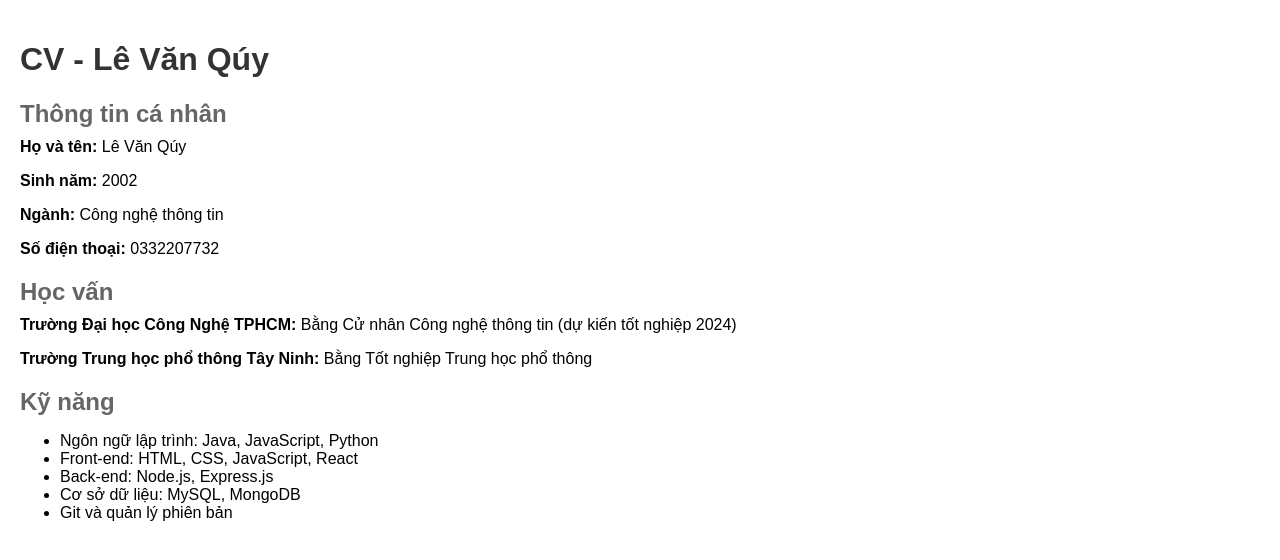
Repository: Quyed1/MonCongCu
Page: index.html
These files come from the project's save history. The page is drawn as it stood at one moment and after the next save; the edit follows.
The browser window is 1280 px wide. The pictures show the whole page.

Above is the page before, as saved 2024-03-15 08:56:49.

### index.html
<!DOCTYPE html>
<html lang="en">
<head>
  <meta charset="UTF-8">
  <meta name="viewport" content="width=device-width, initial-scale=1.0">
  <title>CV Thực tập sinh</title>
  <style>
    body {
      font-family: Arial, sans-serif;
      margin: 0;
      padding: 20px;
    }
    h1 {
      color: #333;
    }
    h2 {
      color: #666;
      margin-bottom: 10px;
    }
    p {
      margin-top: 0;
    }
    .section {
      margin-bottom: 20px;
    }
    .section-title {
      font-weight: bold;
    }
  </style>
</head>
<body>
  <h1>CV - Lê Văn Qúy</h1>

  <div class="section">
    <h2>Thông tin cá nhân</h2>
    <p><strong>Họ và tên:</strong> Lê Văn Qúy</p>
    <p><strong>Sinh năm:</strong> 2002</p>
    <p><strong>Ngành:</strong> Công nghệ thông tin</p>
    <p><strong>Số điện thoại:</strong> 0332207732</p>
  </div>

  <div class="section">
    <h2>Học vấn</h2>
    <p><strong>Trường Đại học Công Nghệ TPHCM:</strong> Bằng Cử nhân Công nghệ thông tin (dự kiến tốt nghiệp 2024)</p>
    <p><strong>Trường Trung học phổ thông Tây Ninh:</strong> Bằng Tốt nghiệp Trung học phổ thông</p>
  </div>

  <div class="section">
    <h2>Kỹ năng</h2>
    <ul>
      <li>Ngôn ngữ lập trình: Java, JavaScript, Python</li>
      <li>Front-end: HTML, CSS, JavaScript, React</li>
      <li>Back-end: Node.js, Express.js</li>
      <li>Cơ sở dữ liệu: MySQL, MongoDB</li>
      <li>Git và quản lý phiên bản</li>
    </ul>
  </div>
</body>
</html>

After the next save:
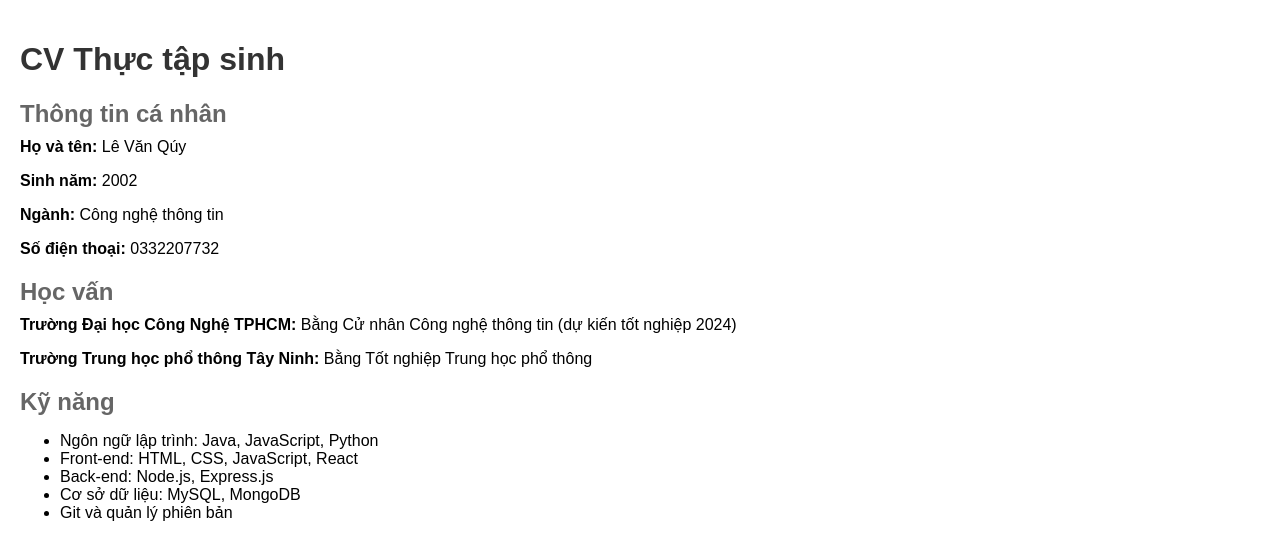
Saved 32 s later.
--- a/index.html
+++ b/index.html
@@ -29,7 +29,7 @@
   </style>
 </head>
 <body>
-  <h1>CV - Lê Văn Qúy</h1>
+  <h1>CV Thực tập sinh</h1>
 
   <div class="section">
     <h2>Thông tin cá nhân</h2>
